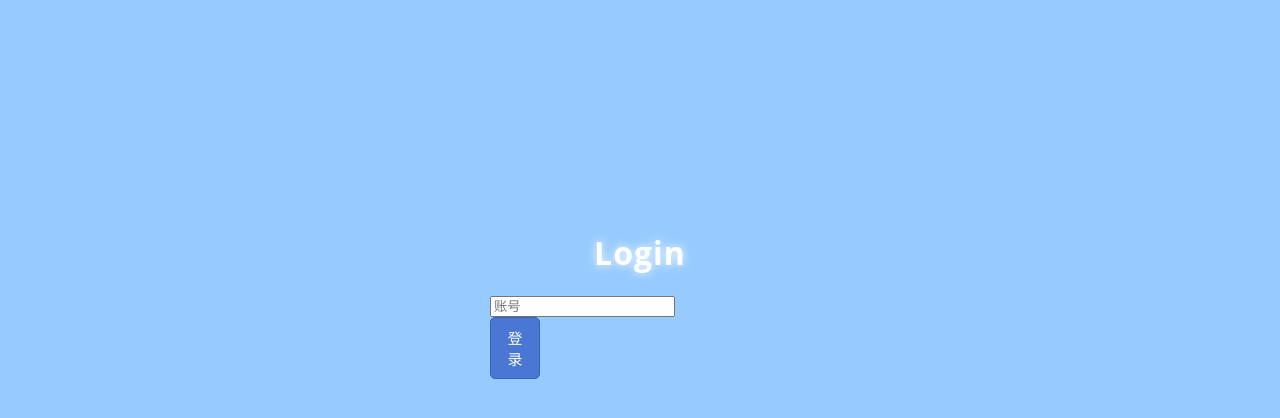
Repository: SnugHAN/gg
Page: http://localhost/bank/
These files come from the project's save history. The page is drawn as it stood at one moment and after the next save; the edit follows.
The browser window is 1280 px wide. The pictures show the whole page.
The page is served by Tomcat 9. Queries for data that is not in the repository find no rows.

Above is the page before, as saved 2016-11-30 13:35:55.

### bank/bank/WebRoot/index.jsp
<%@ page language="java" import="java.util.*" pageEncoding="utf-8"%>

<%
String path = request.getContextPath();
String basePath = request.getScheme()+"://"+request.getServerName()+":"+request.getServerPort()+path+"/";
%>
<%@ page language="java" contentType="text/html; charset=utf-8"%>
<%@ page import="java.sql.* "%>

<%@ page import="java.lang.String" %>
<%@ page import="java.sql.ResultSet" %>
<!DOCTYPE HTML PUBLIC "-//W3C//DTD HTML 4.01 Transitional//EN">
<html>
  <head>
    <base href="<%=basePath%>">

    <title>我存我惠</title>
	<meta http-equiv="pragma" content="no-cache">
	<meta http-equiv="cache-control" content="no-cache">
	<meta http-equiv="expires" content="0">
	<meta http-equiv="keywords" content="keyword1,keyword2,keyword3">
	<meta http-equiv="description" content="This is my page">
	<!--
	<link rel="stylesheet" type="text/css" href="styles.css">
	-->
  <link rel="stylesheet" type="text/css" href="css/login.css"/>
  </head>
  <body>
     <div id="login">
        <h1>Login</h1>
        <form method="post" action="index.jsp">

            <input class="inpu" type="text" required="required" placeholder="账号" name="username">
            <button class="but" type="submit" >登录</button>
        </form>
    </div>

     <%

   String username = request.getParameter("username");
   try{
	   Class.forName("oracle.jdbc.driver.OracleDriver");

   }catch(ClassNotFoundException e){

	   e.printStackTrace();
   }

   try{
       //Class.forName("oracle.jdbc.driver.OracleDriver").newInstance();
       Connection con = DriverManager.getConnection("jdbc:oracle:thin:@localhost:1521:orcl","system","hankangqi");
       if(con==null){
          System.out.println("与oracle数据库连接失败！");
      }else{
    	  System.out.println("与oracle数据库连接成功！");
      }
       Statement stmt = con.createStatement();
       String sql = "select * from hkm where username='"+username+"'";
       System.out.println(username);
       ResultSet rs = stmt.executeQuery(sql);
       //System.out.println("不错");
       if(rs.next()){
    	  // System.out.println("fdsfdf");
    	   if(rs.getString("username").equals(username)){
        	  // System.out.println("不错");
               %>
               <form method="post" action="admin.jsp">
               <input type="text" value="<%=rs.getString("username")%>" name="username" hidden>
               <input class="inp" type="submit" name="tijiao" placeholder="点击这里进入您的主页">
               </form>
               <%
           }else {
               response.sendRedirect("index.jsp");
           }

       }
       else{
    	   System.out.println("不对啊！");
       }
   }catch (Exception e) {
       e.printStackTrace();
   }


%>
  </body>
</html>

### bank/bank/WebRoot/css/login.css
@CHARSET "UTF-8";
html{
    width: 100%;
    height: 100%;
    overflow: hidden;
    font-style: sans-serif;
}
body{
    width: 100%;
    height: 100%;
    font-family: 'Open Sans',sans-serif;
    margin: 0;
    background-color: #97cbff;
}
#login{
    position: absolute;
    top: 50%;
    left:50%;
    margin: -150px 0 0 -150px;
    width: 300px;
    height: 300px;
}
#login h1{
    color: #fff;
    text-shadow:0 0 10px;
    letter-spacing: 1px;
    text-align: center;
}
h1{
    font-size: 2em;
    margin: 0.67em 0;
}
#input{
    width: 300px;
    height: 30px;
    margin-bottom: 10px;
    outline: none;
    padding: 10px;
    font-size: 13px;
    color: #fff;
    text-shadow:1px 1px 1px;
    border-top: 1px solid #312E3D;
    border-left: 1px solid #312E3D;
    border-right: 1px solid #312E3D;
    border-bottom: 1px solid #56536A;
    border-radius: 4px;
    background-color: #2D2D3F;
}
.but{
    width: 50px;
    min-height: 20px;
    display: block;
    background-color: #4a77d4;
    border: 1px solid #3762bc;
    color: #fff;
    padding: 9px 14px;
    font-size: 15px;
    line-height: normal;
    border-radius: 5px;
    margin: 0;
}

After the next save:
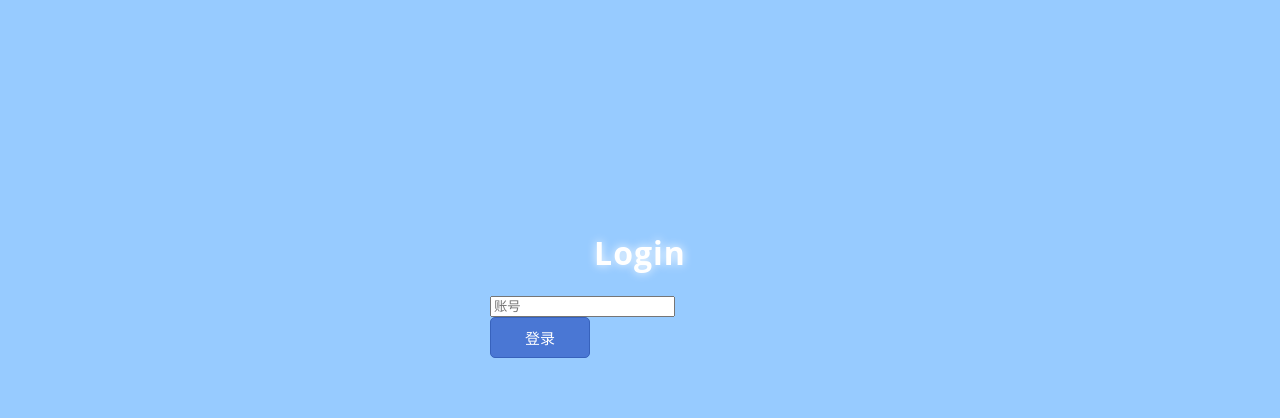
Saved 52 s later.
--- a/bank/bank/WebRoot/css/login.css
+++ b/bank/bank/WebRoot/css/login.css
@@ -31,8 +31,9 @@ h1{
     margin: 0.67em 0;
 }
 #input{
+	left:50%;
     width: 300px;
-    height: 30px;
+    height: 100px;
     margin-bottom: 10px;
     outline: none;
     padding: 10px;
@@ -47,7 +48,8 @@ h1{
     background-color: #2D2D3F;
 }
 .but{
-    width: 50px;
+	left:50%;
+    width: 100px;
     min-height: 20px;
     display: block;
     background-color: #4a77d4;
